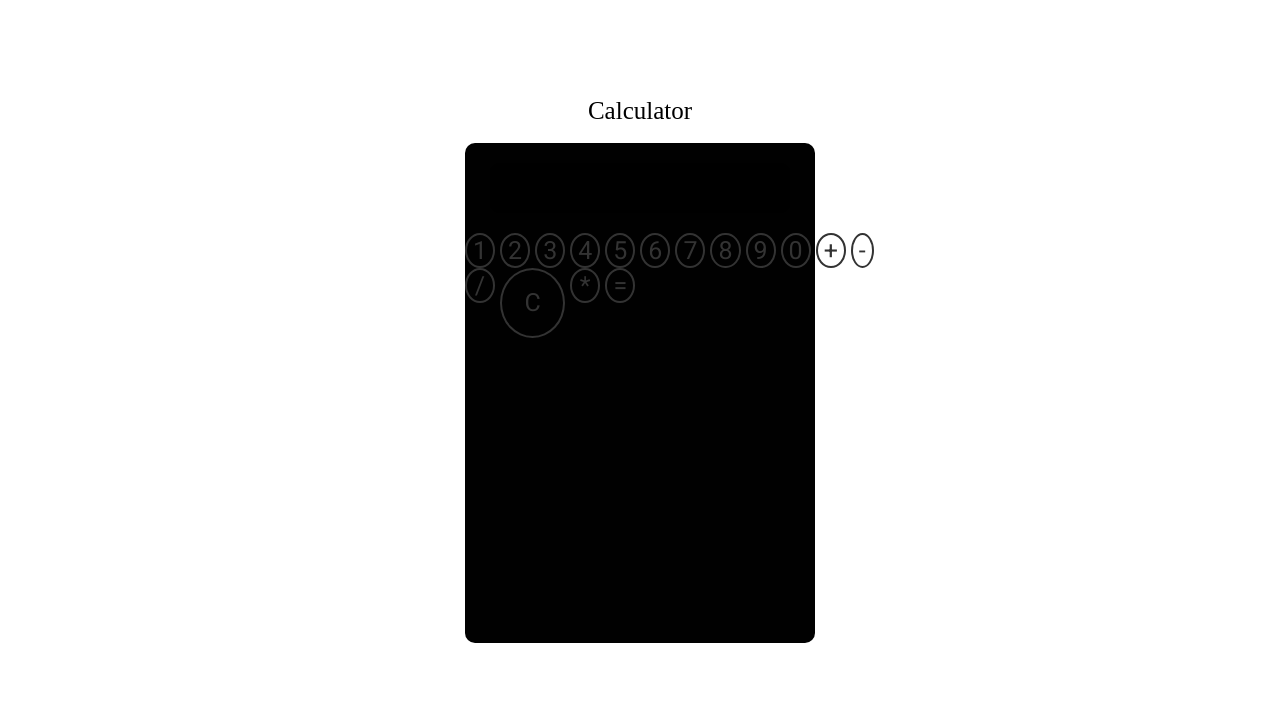
Repository: Gibon9/SimpleCalc
Page: index.html
The author's editor kept a copy of each file at every save. The page is drawn from the files as they stood at one save, then again after the next save.
The browser window is 1280 px wide. The pictures show the whole page.
Some web fonts or font styles are not loaded; a fallback is used.

Above is the page before, as saved 2020-11-27 18:50:26.

### index.html
<!DOCTYPE html>
<html lang="en">
  <head>
    <meta charset="UTF-8" />
    <meta name="viewport" content="width=device-width, initial-scale=1.0" />
    <link rel="stylesheet" href="style/reset.css" />
    <link rel="stylesheet" href="style/style.css" />
    <title>Calculator</title>
  </head>

  <body>
    <main class="main">
      <h1 class="title">Calculator</h1>
      <section class="clac">
        <div class="calc-display" id="display"></div>
        <section class="keyboard" id="keyboard">
          <button class="calc-button c-btn" id="clear">C</button>
          <button class="calc-button" id="btn1">1</button>
          <button class="calc-button" id="btn2">2</button>
          <button class="calc-button" id="btn3">3</button>
          <button class="calc-button" id="btn4">4</button>
          <button class="calc-button" id="btn5">5</button>
          <button class="calc-button" id="btn6">6</button>
          <button class="calc-button" id="btn7">7</button>
          <button class="calc-button" id="btn8">8</button>
          <button class="calc-button" id="btn9">9</button>
          <button class="calc-button" id="btn0">0</button>
          <button class="calc-button" id="plus">+</button>
          <button class="calc-button" id="minus">-</button>
          <button class="calc-button" id="divide">/</button>
          <button class="calc-button" id="multiply">*</button>
          <button class="calc-button" id="equal">=</button>
        </section>
      </section>
    </main>
    <script src="./index.js"></script>
  </body>
</html>

### style/style.css
@import url("https://fonts.googleapis.com/css2?family=Roboto&family=Saira+Stencil+One&display=swap");

:root {
  --background-color: #010101;
  --display-color: black;
  --primary-btn-color: ##a5a5a5;
  --secondary-color: #333333;
  --secondary-btn-color: #fd9624;
}

.calc-display,
.title {
  font-family: "Saira Stencil One", cursive;
}

.calc-button {
  font-family: "Roboto", sans-serif;
}

.main {
  display: flex;
  flex-direction: column;
  justify-content: center;
  align-items: center;
  width: 100vw;
  height: 100vh;
}

.title {
  font-size: 25px;
  margin: 20px 0;
}

.clac {
  width: 350px;
  height: 500px;
  background-color: var(--background-color);
  border-radius: 10px;
}

.calc-display {
  margin: 20px auto;
  width: 300px;
  height: 50px;
  background-color: var(--display-color);
  color: var(--primary-color);
  border-radius: 10px;
  font-size: 40px;
}

.keyboard {
  display: grid;
  grid-template-columns: repeat(12, 1fr);
  grid-template-rows: repeat(12, 1fr);
  column-gap: 5px;
}

.calc-button {
  font-size: 25px;
  color: var(--secondary-color);
  background-color: transparent;
  border: 2px solid var(--secondary-color);
  border-radius: 50%;
}

.c-btn {
  grid-column: 2/4;
  grid-row: 2/4;
}

Loaded but not shown: style/reset.css (common file); index.js (no copy from this time; the picture is the same without it)

After the next save:
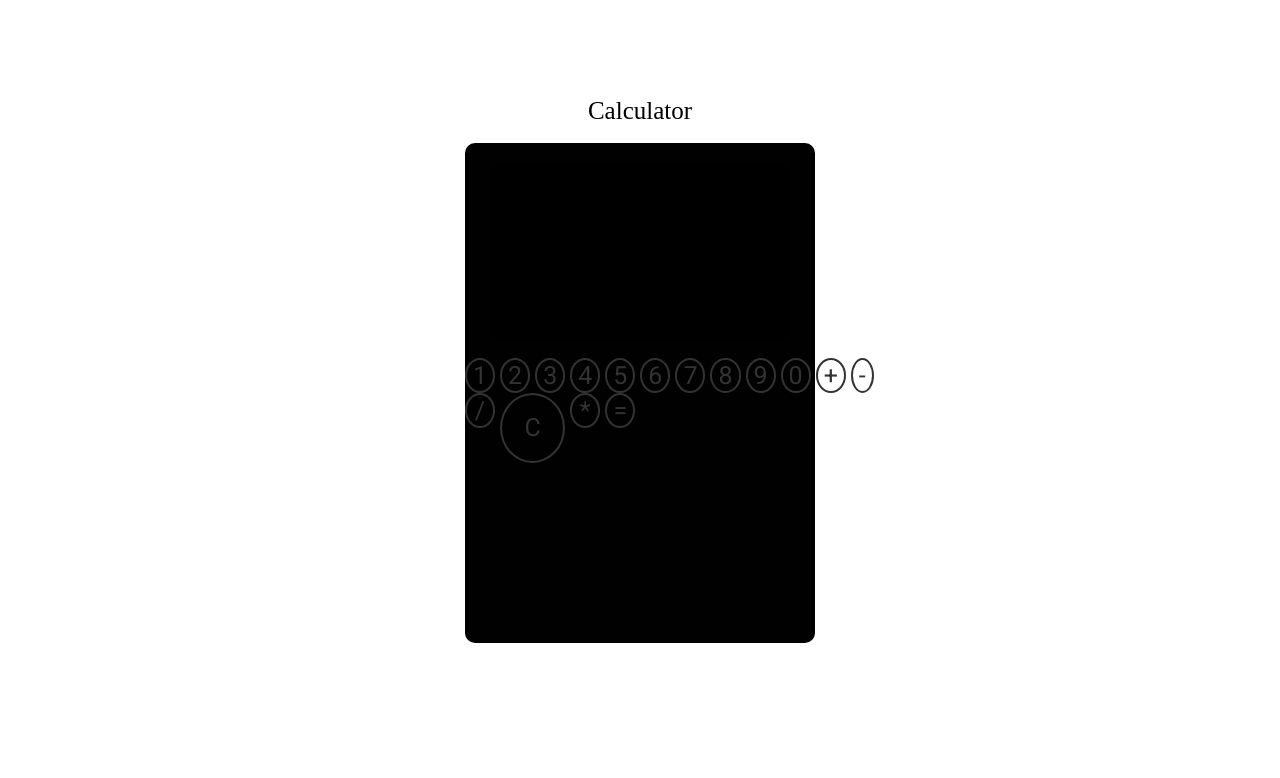
Saved 20 s later.
--- a/style/style.css
+++ b/style/style.css
@@ -41,7 +41,7 @@
 .calc-display {
   margin: 20px auto;
   width: 300px;
-  height: 50px;
+  height: 35%;
   background-color: var(--display-color);
   color: var(--primary-color);
   border-radius: 10px;
